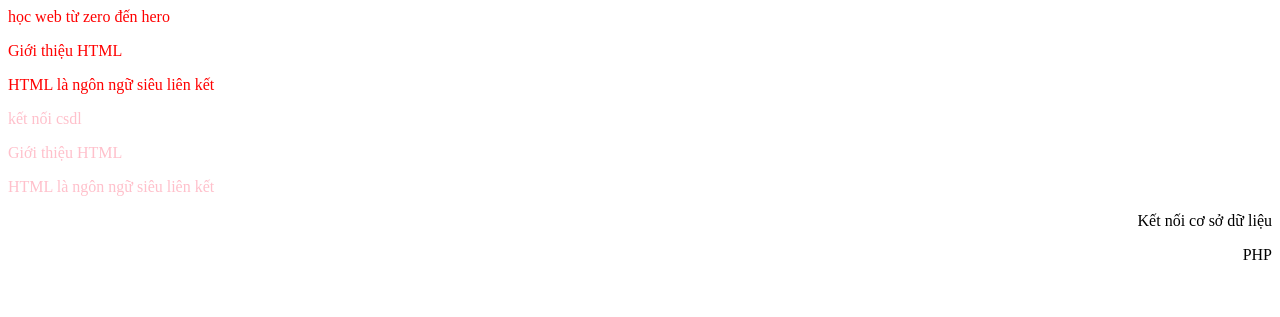
Repository: thanhp6868/ltWeb
Page: 2709.html
These files come from the project's save history. The page is drawn as it stood at one moment and after the next save; the edit follows.
The browser window is 1280 px wide. The pictures show the whole page.

Above is the page before, as saved 2023-09-27 13:37:13.

After the next save:
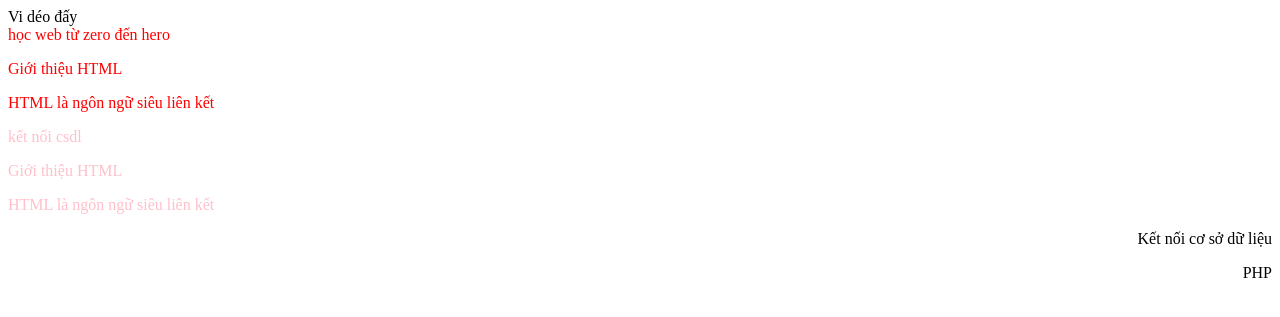
Saved 83 s later.
--- a/2709.html
+++ b/2709.html
@@ -6,6 +6,9 @@
     <title>chèn vi déo</title>
 </head>
 <body marginleft =1000>
+    <header>
+        Vi déo đấy
+    </header>
     <div>
         <font color="red">
             học web từ zero đến hero
